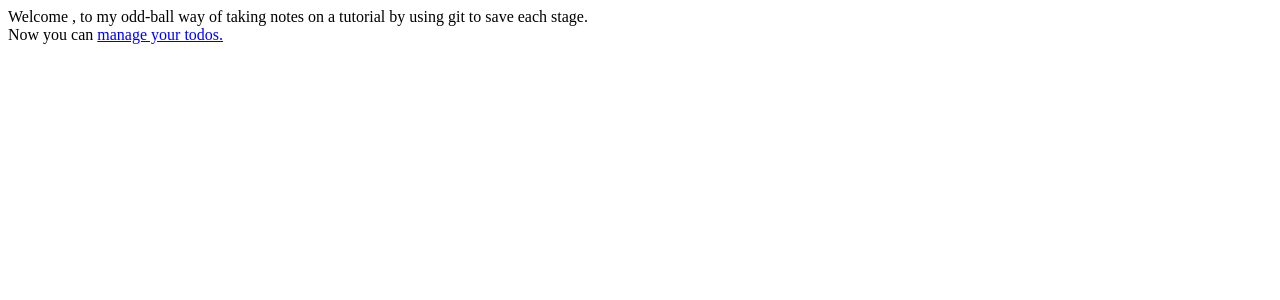
Repository: overbejt/UdemySpringMVC
Page: http://localhost/hello-World/WEB-INF/views/welcome.jsp
The author's editor kept a copy of each file at every save. The page is drawn from the files as they stood at one save, then again after the next save.
The browser window is 1280 px wide. The pictures show the whole page.
The page is served by Tomcat 9. Nobody is signed in. Other server files are loaded and not shown. The template is opened directly, without the code that normally fills it, so the values that code supplies are empty.

Above is the page before, as saved 2019-01-07 01:18:31.

### hello-World/src/main/webapp/WEB-INF/views/welcome.jsp
<%@ page language="java" contentType="text/html; charset=UTF-8"
    pageEncoding="UTF-8"%>
<!DOCTYPE html PUBLIC "-//W3C//DTD HTML 4.01 Transitional//EN" "http://www.w3.org/TR/html4/loose.dtd">
<html>
<head>
<meta http-equiv="Content-Type" content="text/html; charset=UTF-8">
<title>Welcome!</title>
</head>
<body>
Welcome ${name }, to my odd-ball way of taking notes on a tutorial by using git to save each stage.

<br>
Now you can <a href="/list-todos" >manage your todos.</a>
</body>
</html>

After the next save:
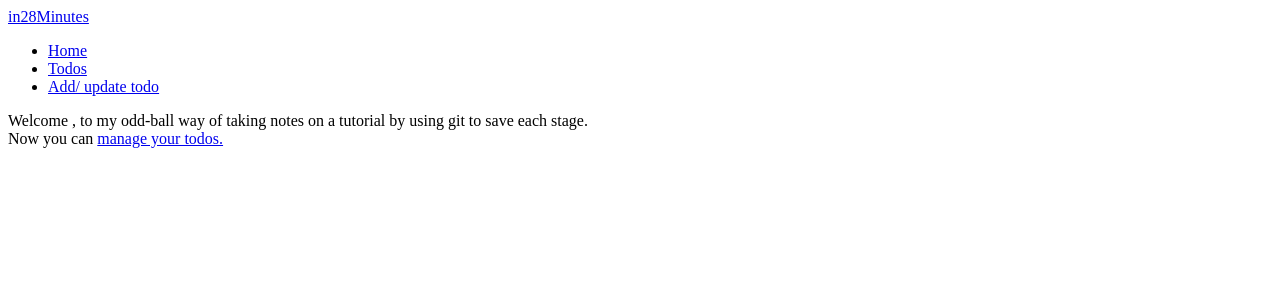
Saved 2 min 0 s later.
--- a/hello-World/src/main/webapp/WEB-INF/views/welcome.jsp
+++ b/hello-World/src/main/webapp/WEB-INF/views/welcome.jsp
@@ -3,8 +3,22 @@
 <!DOCTYPE html PUBLIC "-//W3C//DTD HTML 4.01 Transitional//EN" "http://www.w3.org/TR/html4/loose.dtd">
 <html>
 <head>
-<meta http-equiv="Content-Type" content="text/html; charset=UTF-8">
-<title>Welcome!</title>
+	<meta http-equiv="Content-Type" content="text/html; charset=UTF-8">
+	<title>Welcome!</title>
+
+	<!-- Nava bar -->
+		<nav role="navigation" class="navbar navbar-default">
+			<div >
+				<a href="http://www.in28minutes.com" class="navbar-brand">in28Minutes</a>
+			</div>
+			<div class="navbar-collapse">
+				<ul class="nav navbar-nav">
+					<li class="active"><a href="/login">Home</a></li>
+					<li><a href="/list-todos">Todos</a></li>
+					<li><a href="/todo">Add/ update todo</a></li>
+				</ul>
+			</div>
+		</nav><!-- End of the Nav bar -->
 </head>
 <body>
 Welcome ${name }, to my odd-ball way of taking notes on a tutorial by using git to save each stage.
